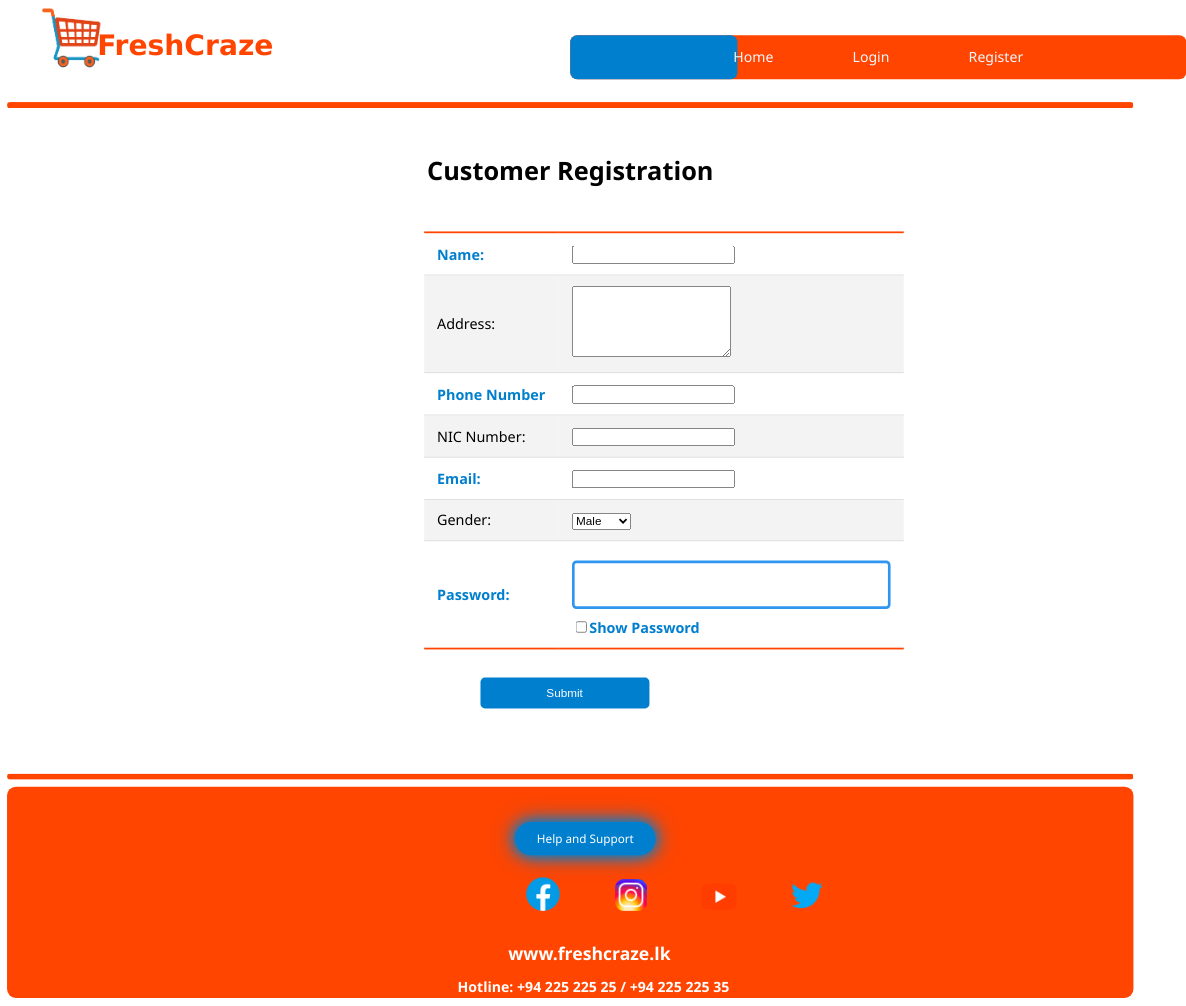
Repository: chamarac2002/FreshCraze
Page: http://localhost/CustomerDemo/customerinsert.jsp
The author's editor kept a copy of each file at every save. The page is drawn from the files as they stood at one save, then again after the next save.
The browser window is 1280 px wide. The page is 1348 px wide, so the pictures cover 1348 px, including what lies to the right of the window. The pictures show the whole page, at 88% of full size.
The page is served by Tomcat 9. Nobody is signed in. The application's start-up code is not run.

Above is the page before, as saved 2024-05-11 08:22:18.

After the next save:
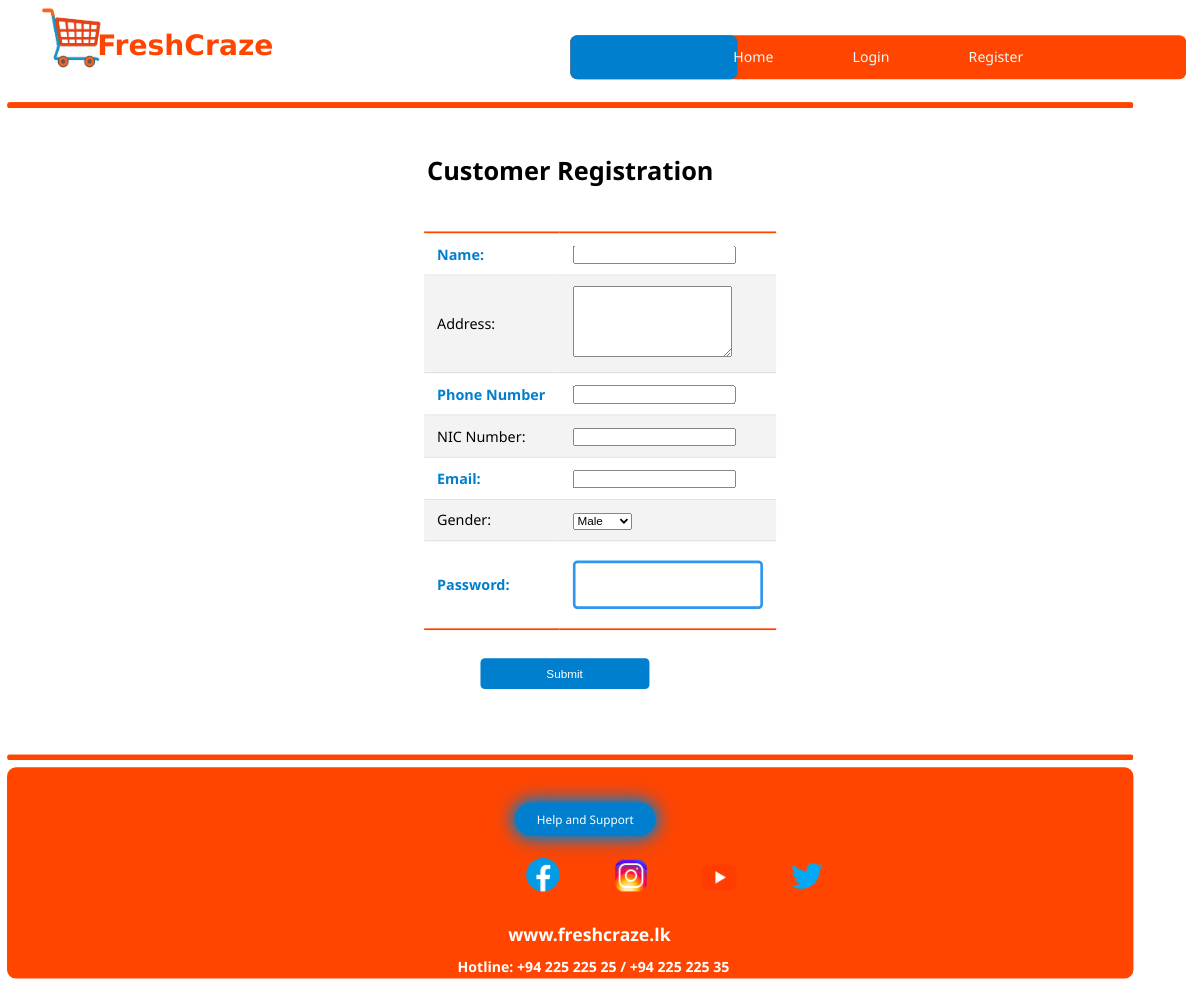
Saved 2 min 34 s later.
--- a/CustomerDemo/src/main/webapp/customerinsert.jsp
+++ b/CustomerDemo/src/main/webapp/customerinsert.jsp
@@ -62,8 +62,7 @@
 		</tr>
 		<tr class="active-row">
 			<td>Password:</td>
-			<td><input type="password" name="pass">
-			<input type="checkbox" onclick="myFunction()">Show Password</td>
+			<td><input type="password" name="pass" id="myInput"></td>
 		</tr>
 
     </tbody>
@@ -71,6 +70,16 @@
 	<input type="submit" name="submit" class="sub" value="Submit"><br><br><br>
 </form>
 
+	<script>
+		function myFunction() {
+	 	 var x = document.getElementById("myInput");
+	 	 if (x.type === "password") {
+	  	  x.type = "text";
+		  } else {
+		    x.type = "password";
+		  }
+		}
+	</script>
 
 <hr class="footer_line">
 
